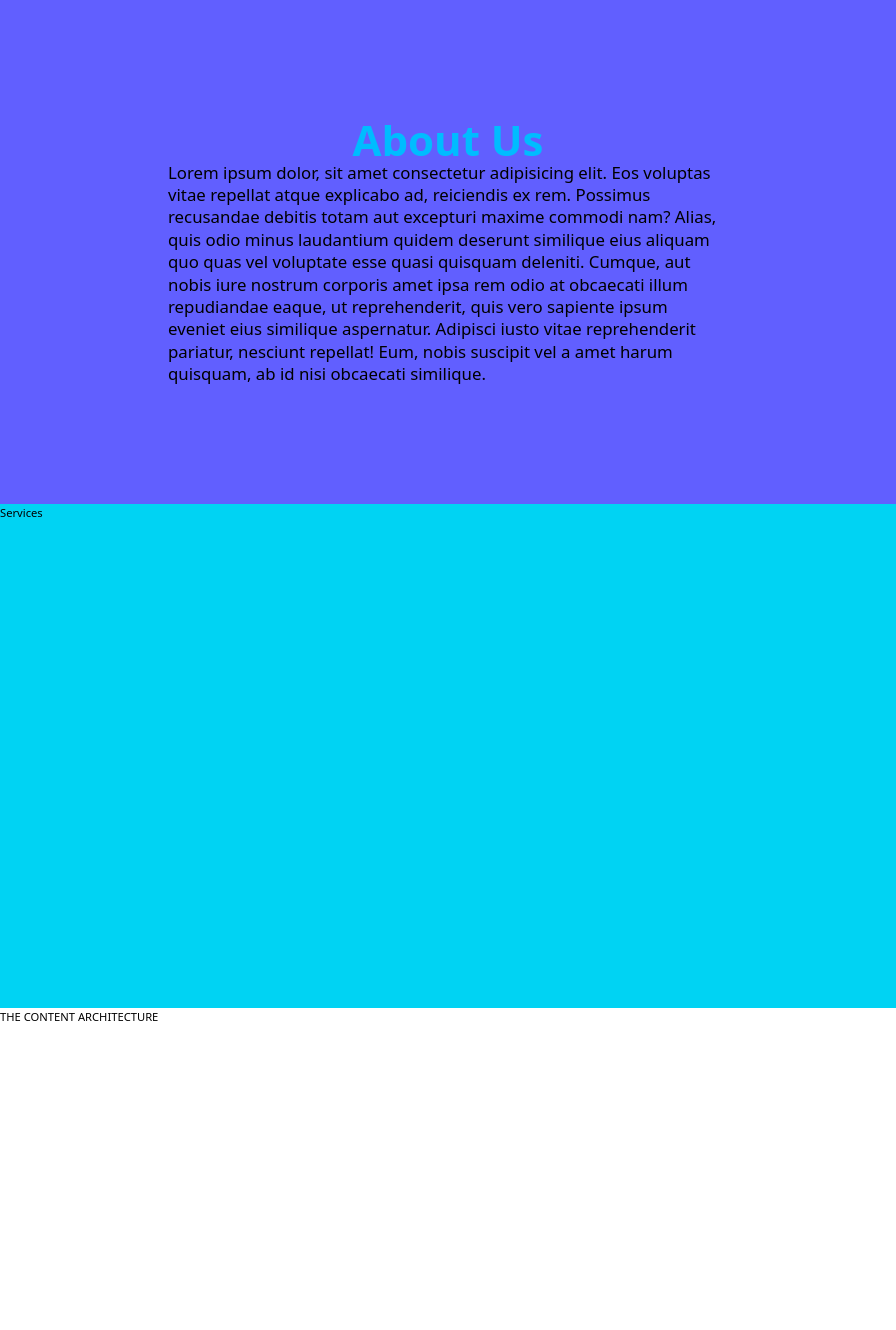
Repository: ajay-maurya-dev/Login
Page: /
An editor plug-in stored every save of this project. The page is shown before and after a run of saves, followed by the edit.
The browser window is 1280 px wide. The pictures show the part of the page from y = 720 to 2620 px (the page is 2880 px tall), at 70% of full size.
Backgrounds fixed to the window are drawn as part of the page. The project was rebuilt for these pictures with package versions that can differ from the ones it lists, and the page was loaded fresh each time. Also part of the build but not shown: vite.config.js.

Above is the page before, as saved 2026-10-24 23:41:58.

After the next 2 saves:
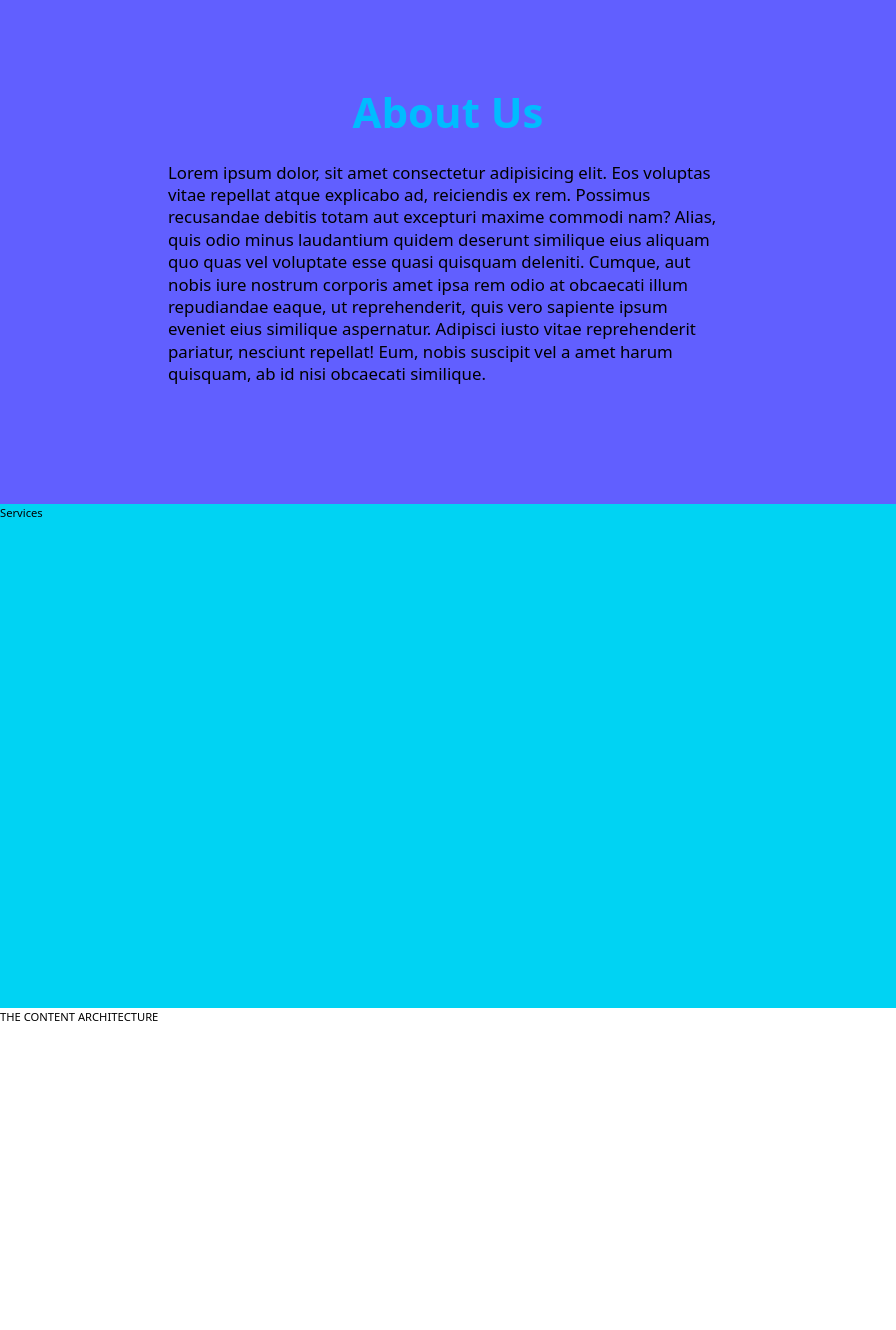
The 2 saves are shown as one change because they came seconds apart.
The last was saved 10 s later.
--- a/src/components/About.jsx
+++ b/src/components/About.jsx
@@ -4,7 +4,7 @@ function About() {
   return (
     <div className="w-full min-h-screen bg-indigo-500 z-10 text-2xl dark:bg-black dark:text-white bg-fixed justify-center flex flex-col">
         <h4 className="text-6xl font-extrabold text-sky-400 text-center">About Us</h4>
-        <div className="text-2xl dark:text-white w-200 self-center">
+        <div className="text-2xl dark:text-white w-200 self-center py-10">
         <p className="">Lorem ipsum dolor, sit amet consectetur adipisicing elit. Eos voluptas vitae repellat atque explicabo ad, reiciendis ex rem. Possimus recusandae debitis totam aut excepturi maxime commodi nam? Alias, quis odio minus laudantium quidem deserunt similique eius aliquam quo quas vel voluptate esse quasi quisquam deleniti. Cumque, aut nobis iure nostrum corporis amet ipsa rem odio at obcaecati illum repudiandae eaque, ut reprehenderit, quis vero sapiente ipsum eveniet eius similique aspernatur. Adipisci iusto vitae reprehenderit pariatur, nesciunt repellat! Eum, nobis suscipit vel a amet harum quisquam, ab id nisi obcaecati similique.</p>
         </div>
     </div>
